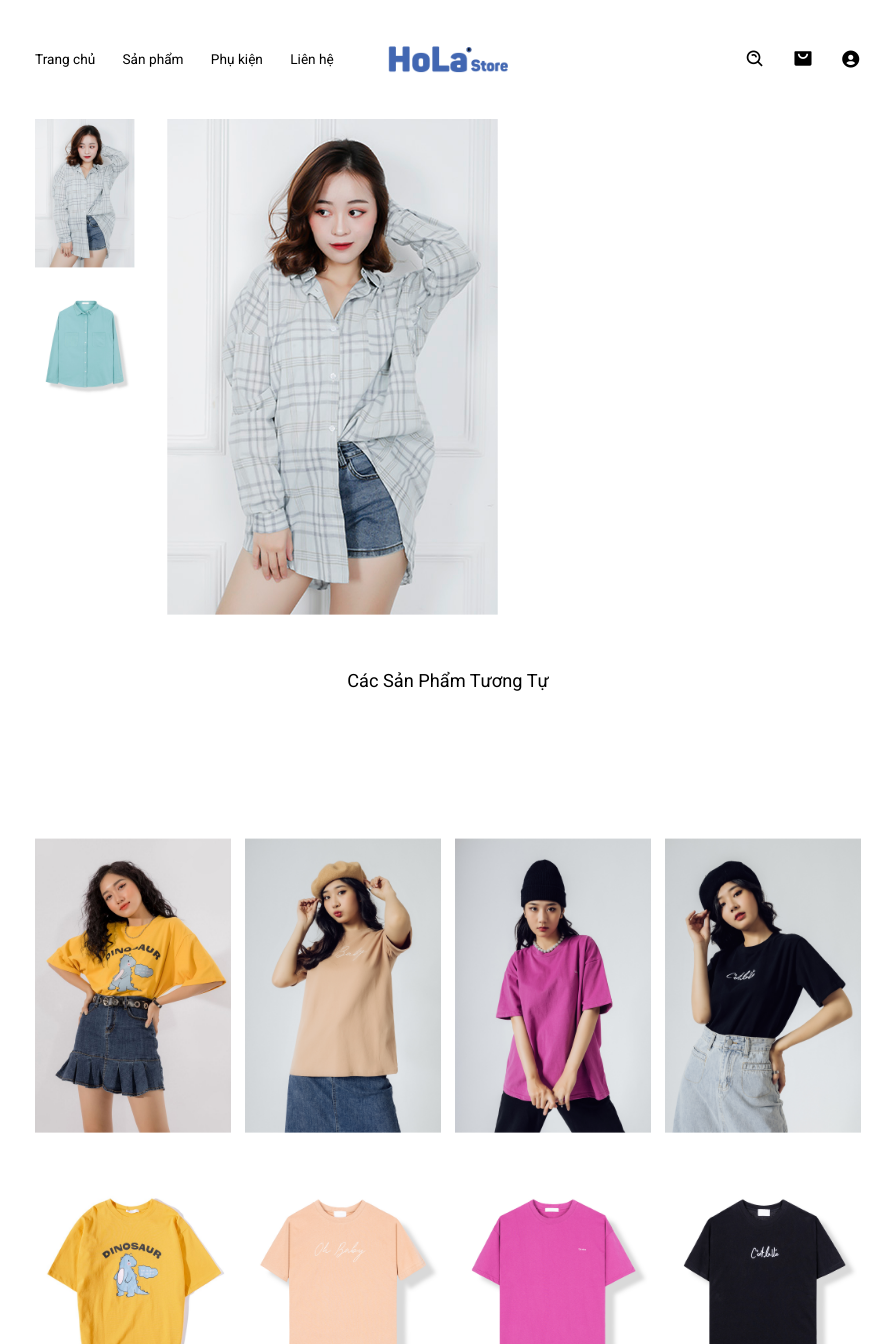
Repository: eric-nguyen-fe/Hola-ecommerce
Page: /catalog/ao-somi-caro-07
These files come from the project's save history. The page is drawn as it stood at one moment and after the next save; the edit follows.
The browser window is 1280 px wide. The pictures show the part of the page from y = 0 to 1920 px (the page is 3731 px tall), at 70% of full size.
The project was rebuilt for these pictures with package versions that can differ from the ones it lists, and the page was loaded fresh each time. Also part of the build but not shown: src/components/HeroSlider.jsx, src/components/PolicyCard.jsx, src/assets/fake-data/hero-slider.js, src/assets/fake-data/policy.js, src/pages/Home.jsx, src/components/CheckBox.jsx, src/assets/fake-data/category.js, src/assets/fake-data/product-color.js and 4 more.

Above is the page before, as saved 2021-12-10 12:02:52.

### src/scss/index.scss
@import "./variables";
@import "./mixins";
@import "./base";

@import "./components/header";
@import "./components/footer";
@import "./components/hero-slider.scss";
@import "./components/button";
@import "./components/policy-card";
@import "./components/section";
@import "./components/product-card";
@import "./components/catalog";
@import "./components/custom-checkbox.scss";
@import "./components/product";

### src/components/Layout.jsx
import React from 'react'

import { BrowserRouter, Route } from 'react-router-dom'

import Header from './Header'
import Footer from './Footer'

import Routes from '../routes/Routes'

const Layout = () => {
    return (
        <BrowserRouter>
            <Route render={props => (
                <div>

                    <div className="container">
                    <Header {...props}/>
                        <div className="main">
                            <Routes/>
                        </div>
                    </div>
                    <Footer/>
                </div>
            )}/>
        </BrowserRouter>
    )
}

export default Layout

### src/scss/_variables.scss
$main-bg: #fff;
$main-color: #4267b2;

$txt-main-color: #000;
$txt-second-color: #8d8d8d;
$txt-white: #fff;

$btn-main-bg: $main-color;
$btn-main-color: #fff;

$header-height: 170px;
$header-tablet-height: 70px;
$header-mobile-height: 40px;
$header-shrink-height: 70px;

$box-shadow: rgba(73, 90, 105, 0.2) 0px 8px 24px;

$colors: (
    "blue": #4267b2,
    "orange": #eea54d,
    "pink": #f3786d,
    "white": #fff,
    "black": #000,
    "main": $main-color
);

$mobile-width: 600px;
$tablet-width: 1024px;

$numbers: (0, 1, 2, 3, 4, 5, 6, 7, 8);

### src/scss/mixins.scss
@mixin flex ($align-item, $justify-content) {
    display: flex;
    align-items: $align-item;
    justify-content: $justify-content;
}

@mixin mobile {
    @media only screen and (max-width: $mobile-width){
        @content;
    }
}

@mixin tablet {
    @media only screen and (max-width: $tablet-width){
        @content;
    }
}

### src/scss/_base.scss
@import url("https://fonts.googleapis.com/css2?family=M+PLUS+Rounded+1c:wght@100;300;400;500;700;800;900&family=Roboto:ital,wght@0,100;0,300;0,400;0,500;0,700;0,900;1,100;1,300;1,400;1,500;1,700;1,900&display=swap");

@import url("https://fonts.googleapis.com/css2?family=M+PLUS+Rounded+1c:wght@100;300;400;500;700;800;900&family=Roboto:ital,wght@0,100;0,300;0,400;0,500;0,700;0,900;1,100;1,300;1,400;1,500;1,700;1,900&display=swap");

* {
    padding: 0;
    margin: 0;
    box-sizing: border-box;
    -webkit-tap-highlight-color: transparent;
    user-select: none;
}

html {
    font-size: 13px;
}

body {
    font-family: "Roboto", sans-serif;
}

ul {
    list-style-type: none;
}

a {
    text-decoration: none;
    color: unset;
}

a:hover {
    color: $main-color;
}

img {
    max-width: 100%;
}

@each $color, $val in $colors {
    .color-#{$color} {
        color: $val;
    }

    .bg-#{$color} {
        background-color: $val;
    }
}

@each $val in $numbers {
    .grid-col-#{$val} {
        grid-template-columns: repeat($val, 1fr);
    }
}

@each $val in $numbers {
    .grid-col-md-#{$val} {
        @include tablet {
            grid-template-columns: repeat($val, 1fr);
        }
    }
}

@each $val in $numbers {
    .grid-col-sm-#{$val} {
        @include mobile {
            grid-template-columns: repeat($val, 1fr);
        }
    }
}

.container {
    width: 100%;
    max-width: 1620px;
    padding: 0 50px;
    margin: auto;

    @include tablet {
        padding: 0 20px;
    }

    @include mobile {
        padding: 0 10px;
    }
}

.main {
    margin-top: $header-height;
    margin-bottom: 2rem;
    min-height: 100vh;

    @include tablet {
        margin-top: calc(#{$header-tablet-height} + 20px);
    }

    @include mobile {
        margin-top: calc(#{$header-mobile-height} + 10px);
    }
}

.grid {
    display: grid;
}

### src/scss/components/_header.scss
.header {
    background-color: $main-bg;
    position: fixed;
    top: 0;
    left: 0;
    width: 100%;
    z-index: 99;
    height: $header-height;
    transition: height .3s ease;

    @include tablet {
        height: $header-tablet-height;
        box-shadow: $box-shadow;
    }

    .container {
        height: 100%;
    }

    &.shrink{
        height: $header-shrink-height;
        box-shadow: $box-shadow;
        z-index: 100;

        @include mobile {
            height: $header-mobile-height;
        }
    }

    &__logo {
        @include flex (center, center);
        position: absolute;
        inset: 0;
        pointer-events: none;

        img {
            height: 38px;
        }
    }

    &__menu {
        @include flex(center, space-between);
        height: 100%;
        font-size: 1.5rem;

        &__item ~ &__item {
            margin-left: 39px;

            @include tablet {
                margin-left: 20px;
            }

            @include mobile {
                margin-left: 10px;
            }
        }

        &__item.active {
            font-weight: 600;
            color: $main-color;
        }


        &__item:hover {
            color: $main-color;
        }

        &__left,
        &__right {
            @include flex(center, center);
            height: 100%;
        }

        &__right {
            font-size: 2.25rem;

            &__item {
                @include flex(center, center);

                @include tablet {
                    margin-left: 10px;
                }
            }



            @include mobile {
                font-size: 1.5rem;
            }
        }

        &__left {
            &__close{
                display: none;
            }

            @include tablet {
                flex-direction: column;
                background-color: $main-bg;
                position: absolute;
                left: 0;
                top: 0;
                width: 100%;
                height: 100vh;
                justify-content: flex-start;
                padding-top: 30px;
                transform: translateX(-100%);
                transition: transform 0.5s ease;

                &.active {
                    transform: translateX(0);
                }

                &__item ~ &__item {
                    margin-left: unset;
                    margin-top: 20px;
                }

                &__close {
                    display: block;
                    position: absolute;
                    left: 20px;
                    font-size: 2.5rem;
                }
            }
        }

        &__mobile-toggle {
            display: none;

            @include tablet {
                display: block;
                font-size: 2.5rem;

            }
        }


    }
}

### src/scss/components/_footer.scss
.footer {
    padding: 70px 0;
    box-shadow: $box-shadow;
    font-size: 1.1rem;

    &__logo {
        height: 30px;
    }

    &__about {
        p {
            margin-bottom: 2rem;
        }
    }

    &__title {
        text-transform: uppercase;
        margin-bottom: 2rem;
        font-weight: 600;
    }

    &__content {
        p {
            margin-bottom: 1.25rem;
        }
    }
}

### src/scss/components/_button.scss
.btn {
    border: 0;
    outline: 0;
    color: $btn-main-color;
    font-size: 1.5rem;
    font-weight: 600;
    text-transform: uppercase;
    cursor: pointer;
    overflow: hidden;
    position: relative;

    @include mobile {
        font-size: 1rem;
    }

    &__txt,
    &__icon {
        display: block;
        transition: transform 0.5s ease;
    }

    &__txt {
        padding: 1rem 2rem;
    }

    &__icon {
        @include flex(center, center);
        font-size: 2rem;
        position: absolute;
        left: 0;
        top: 0;
        height: 100%;
        width: 100%;
        transform: translateX(-100%);
    }

    &-animate:hover &__txt {
        transform: translateX(100%);
    }

    &-animate:hover &__icon {
        transform: translateX(0);
    }

    &-sm {
        font-size: 1rem;
    }

    &-sm &__txt {
        padding: 0.7rem 1.5rem;
    }
}

### src/scss/components/_policy-card.scss
.policy-card {
    @include flex(center, flex-start);
    padding: 20px;
    padding-left: 0;
    box-shadow: $box-shadow;
    transition: transform .5s ease;

    &:hover {
        transform: translateY(-20%);
    }

    &__icon {
        @include flex (center, center);
        width: 40%;
        color: $main-color;

        i {
            font-size: 3rem;
        }
    }

    &__info{
        &__name{
            font-size: 1.25rem;
            font-weight: 600;
            margin-bottom: 7px;
        }

        &__description{
            font-size: 1rem;
            color: $txt-second-color;
        }

    }
}

### src/scss/components/_section.scss
.section {
    margin-bottom: 80px;

    & > * ~ * {
        margin-top: 70px;
    }

    &__title {
        font-size: 2rem;
        text-transform: capitalize;
        text-align: center;
    }
}

### src/scss/components/product-card.scss
.product-card {
    text-align: center;
    margin-bottom: 30px;

    &__image {
        padding-top: 50%;
        position: relative;
        overflow: hidden;
        margin-bottom: 30px;
    }
}

### src/scss/components/_catalog.scss
.catalog {
    @include flex(flex-start, flex-start);

    @include tablet {
        flex-direction: column;
    }

    &__filter {
        width: 20%;

        @include tablet {
            width: max-content;
            height: 100vh;
            background-color: $main-bg;
            padding: 1rem;
            position: fixed;
            left: 0;
            top: $header-tablet-height;
            z-index: 100;
            box-shadow: $box-shadow;
            transform: translateX(-100%);
            transition: transform 0.3s ease;
        }

        @include mobile {
            top: $header-mobile-height;
        }

        &.active {
            transform: translateX(0);
        }

        &__widget {
            margin-bottom: 2rem;

            &__title {
                font-size: 1.25rem;
                font-weight: 600;
                text-transform: capitalize;
                margin-bottom: 16px;
            }

            &__content {
                color: $txt-second-color;

                &__item {
                    margin-bottom: 13px;
                }
            }
        }
    }

    &__content {
        flex-grow: 1;

        @include tablet {
            width: 100%;
        }
    }

    &__filter__toggle {
        display: none;

        @include tablet {
            display: block;
            margin-bottom: 2rem;
        }
    }
}

### src/scss/components/custom-checkbox.scss
.custom-checkbox {
    @include flex (center, flex-start);

    cursor: pointer;

    &:hover {
        color: $main-color;
    }

    input {
        position: absolute;
        opacity: 0;

    }
}

### src/scss/components/_product.scss
.product {
    @include flex (flex-start, flex-start);

    &__images {
        @include flex(flex-start, flex-start);
        width: 60%;
        flex-wrap: wrap;

        &__list {
            width: 20%;

            &__item {
                cursor: pointer;
            }
        }

        &__main {
            flex-grow: 1;
            padding-top: 100%;
            position: relative;

            img {
                position: absolute;
                top: 0;
                left: 50%;
                height: 100%;
                transform: translateX(-50%);
            }
        }
    }
}

### src/components/Header.jsx
import React, { useRef, useEffect } from 'react'
import { Link, useLocation } from 'react-router-dom'

import logo from '../assets/images/Logo-2.png'

const mainNav = [
    {
        display: "Trang chủ",
        path: '/'
    },
    {
        display: "Sản phẩm",
        path: '/catalog'
    },
    {
        display: "Phụ kiện",
        path: '/accessories'
    },
    {
        display: "Liên hệ",
        path: '/contact'
    }
]

const Header = () => {

    const {pathname} = useLocation()
    const activeNav = mainNav.findIndex(e => e.path === pathname)

    const headerRef = useRef(null)

    useEffect(() => {
        window.addEventListener("scroll", () => {
            if(document.body.scrollTop > 80 || document.documentElement.scrollTop > 80) {
                headerRef.current.classList.add('shrink')
            } else {
                headerRef.current.classList.remove('shrink')
            }
        })
        return () => {
            window.removeEventListener("scroll")
        }
    }, []);

    const menuLeft = useRef(null);

    const menuToggle = () => menuLeft.current.classList.toggle('active')


    return (
        <div className="header" ref={headerRef}>
            <div className="container">
                <div className="header__logo">
                    <Link to="/">
                        <img src={logo} alt="" />
                    </Link>
                </div>
                <div className="header__menu">
                    <div className="header__menu__mobile-toggle" onClick={menuToggle} >
                        <i className='bx bx-menu' ></i>
                    </div>
                    <div className="header__menu__left" ref={menuLeft}>
                        <div className="header__menu__left__close" onClick={menuToggle}>
                            <i className='bx bx-left-arrow-alt' ></i>
                        </div>

                        {
                            mainNav.map((item, index) =>(
                                <div
                                key={index}
                                className={`header__menu__item header__menu__left__item ${index === activeNav ? 'active' : ''}`}
                                onClick={menuToggle}
                                >
                                    <Link to={item.path}>
                                        <span>
                                            {item.display}
                                        </span>
                                    </Link>
                                </div>
                            ))
                        }
                    </div>
                   <div className="header__menu__right">
                       <div className="header__menu__item header__menu__right__item">
                            <i className='bx bx-search-alt'></i>
                       </div>
                       <div className="header__menu__item header__menu__right__item">
                           <Link to="/cart">
                                <i className="bx bxs-shopping-bag-alt"></i>

                           </Link>
                       </div>
                       <div className="header__menu__item header__menu__right__item">
                           <i className="bx bxs-user-circle"></i>
                       </div>
                   </div>
                </div>
            </div>
        </div>
    )
}

export default Header

### src/routes/Routes.jsx
import React from 'react'

import { Route, Switch } from 'react-router-dom'

import Home from '../pages/Home';
import Catalog from '../pages/Catalog';
import Cart from '../pages/Cart';
import Product from '../pages/Product';

const Routes = () => {
    return (
        <Switch>
            <Route path="/" exact component = {Home}/>
            <Route path="/catalog/:slug" exact component = {Product}/>
            <Route path="/catalog" exact component = {Catalog}/>
            <Route path="/cart" exact component = {Cart}/>
        </Switch>
    )
}

export default Routes

### src/pages/Product.jsx
import React, {useEffect} from 'react';

import Helmet from '../components/Helmet'
import Section, {SectionBody, SectionTitle} from '../components/Section'
import Grid from '../components/Grid'
import ProductCard from '../components/ProductCard'


import productData from '../assets/fake-data/products';
import ProductView from '../components/ProductView';


const Product = props => {

    const product = productData.getProductBySlug(props.match.params.slug)

    const relatedProducts = productData.getProducts(8)

    React.useEffect(() => {
        window.scrollTo(0,0)
    }, [product])

    return (
        <Helmet title={product.title}>
            <Section>
                <SectionBody>
                    {
                       <ProductView product={product}/>                    }
                </SectionBody>
            </Section>
            <Section>
                <SectionTitle>
                   Các sản phẩm tương tự
                </SectionTitle>
                <SectionTitle>
                <Grid
                        col={4}
                        mdCol={2}
                        smCol={1}
                        gap={20}
                    >
                        {
                            relatedProducts.map((item, index) => (
                                <ProductCard
                                    key={index}
                                    img01={item.image01}
                                    img02={item.image02}
                                    name={item.title}
                                    price={Number(item.price)}
                                    slug={item.slug}
                                />
                            ))
                        }
                    </Grid>
                </SectionTitle>
            </Section>
        </Helmet>
    )
}

export default Product

### src/components/Helmet.jsx
import React, {useEffect} from 'react'
import PropTypes from 'prop-types'

const Helmet = props => {

    document.title = 'Hola - ' + props.title

    useEffect(() => {
        window.scrollTo(0,0)

    }, [])

  return (
    <div>
        {props.children}
    </div>
  )
}

Helmet.propTypes = {
    title: PropTypes.string.isRequired
}

export default Helmet

### src/components/ProductCard.jsx
import React from 'react'
import PropTypes from 'prop-types'

import { Link } from 'react-router-dom'

import Button from './Button'

import numberWithCommas from '../utils/numberWithCommas'

const ProductCard = props => {
    return (
        <div className="product-card">
            <Link to={`/catalog/${props.slug}`}>
                <div className="product-card__image">
                    <img src={props.img01} alt="" />
                    <img src={props.img02} alt="" />
                </div>
                <h3 className="product-card__name">{props.name}</h3>
                <div className="product-card__price">
                    {numberWithCommas(props.price)}
                    <span className="product-card__price__old">
                        <del>{numberWithCommas(399000)}</del>
                    </span>
                </div>
            </Link>
            <div className="product-card__btn">
                <Button
                    size="sm"
                    icon="bx bx-cart"
                    animate={true}
                >
                    Chọn mua
                </Button>
            </div>
        </div>
    )
}

ProductCard.propTypes = {
    img01: PropTypes.string.isRequired,
    img02: PropTypes.string.isRequired,
    name: PropTypes.string.isRequired,
    price: PropTypes.number.isRequired,
    slug: PropTypes.string.isRequired,


}

export default ProductCard

### src/components/Button.jsx
import React from 'react'
import PropTypes from 'prop-types'

const Button = props => {

    const bg = props.backgroundColor ? 'bg-' + props.backgroundColor : 'bg-main'

    const size = props.size ? 'btn-' + props.size : ''

    const animate = props.animate ? 'btn-animate' : ''

    return (
        <button
            className={`btn ${bg} ${size} ${animate}`}
            onClick={props.onClick ? () => props.onClick() : null}
        >
            <span className="btn__txt">{props.children}</span>
            {
                props.icon ? (
                    <span className="btn__icon">
                        <i className={`${props.icon} bx-tada`}></i>
                    </span>
                ) : null
            }
        </button>
    )
}

Button.propTypes = {
    backgroundColor: PropTypes.string,
    size: PropTypes.string,
    icon: PropTypes.string,
    animate: PropTypes.bool,
    onclick: PropTypes.func
}

export default Button

### src/components/ProductView.jsx
import React, {useState} from 'react'
import PropTypes from 'prop-types'

const ProductView = props => {

    const product = props.product

    const [previewImg, setPreviewImg ] = useState(product.image01);

    return (
<div className="product">
            <div className="product__images">
                <div className="product__images__list">
                    <div className="product__images__list__item" onClick={() => setPreviewImg(product.image01)}>
                        <img src={product.image01} alt="" />
                    </div>
                    <div className="product__images__list__item" onClick={() => setPreviewImg(product.image02)}>
                        <img src={product.image02} alt="" />
                    </div>
                </div>
                <div className="product__images__main">
                    <img src={previewImg} alt="" />
                </div>
            </div>
        </div>
    )
}

ProductView.propTypes = {
    product: PropTypes.object.isRequired,

}

export default ProductView

Loaded but not shown: public/index.html (common file); src/reportWebVitals.js (common file); src/assets/boxicons-2.0.7/css/boxicons.min.css (library); src/components/Grid.jsx (common file); src/components/Section.jsx (common file); src/utils/numberWithCommas.js (common file); src/assets/fake-data/products.js (275 lines, source omitted); src/index.js (20 lines, source omitted); src/scss/components/hero-slider.scss (214 lines, source omitted); src/components/Footer.jsx (124 lines, source omitted)

After the next save:
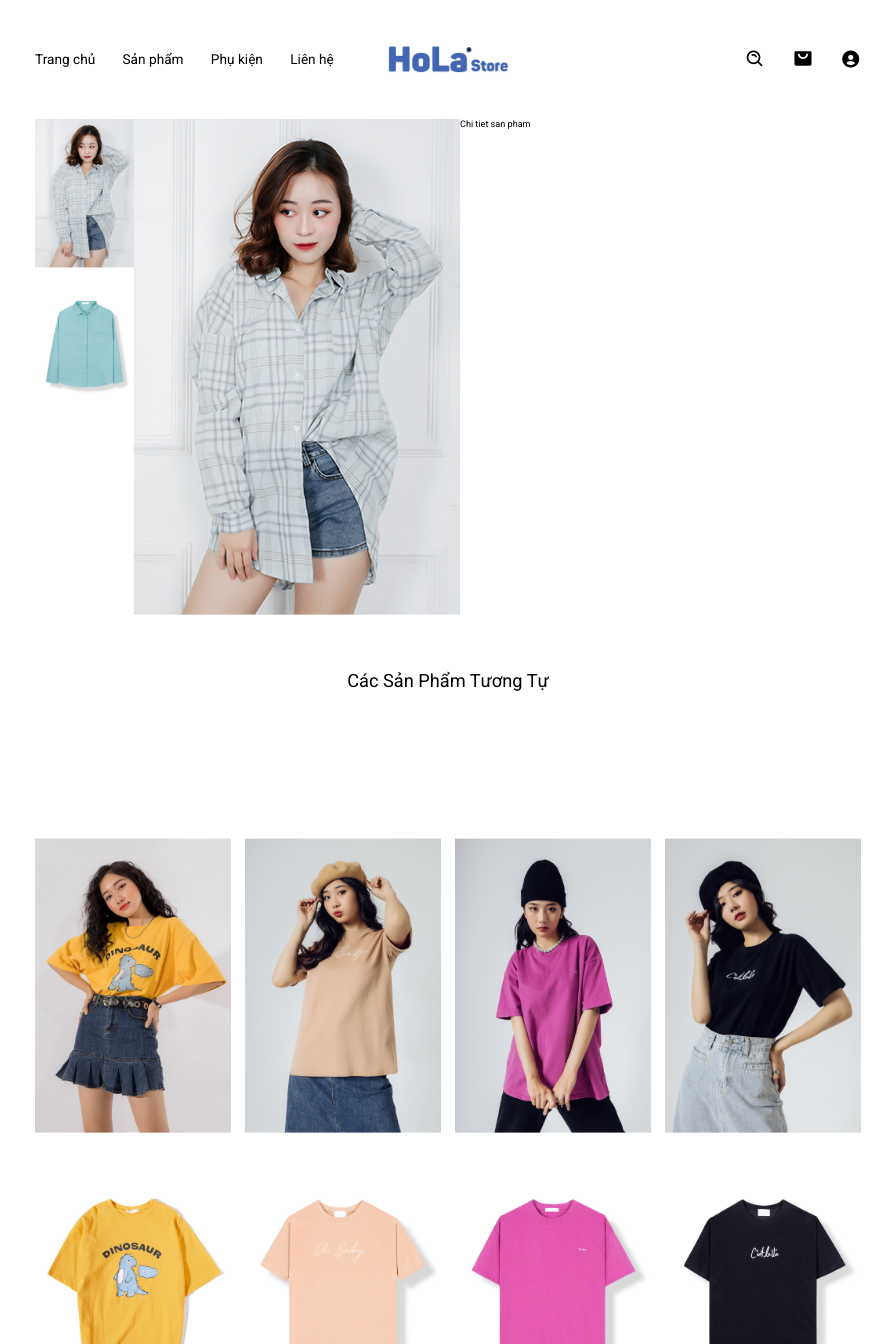
Saved 13 min 23 s later.
--- a/src/components/ProductView.jsx
+++ b/src/components/ProductView.jsx
@@ -21,6 +21,14 @@ const ProductView = props => {
                 <div className="product__images__main">
                     <img src={previewImg} alt="" />
                 </div>
+                <div className="product-description">
+                    <div className="product-description__title">
+                        Chi tiet san pham
+                    </div>
+                    <div className="product-description__content" dangerouslySetInnerHTML={{__html:product.description__content}}>
+
+                    </div>
+                </div>
             </div>
         </div>
     )
